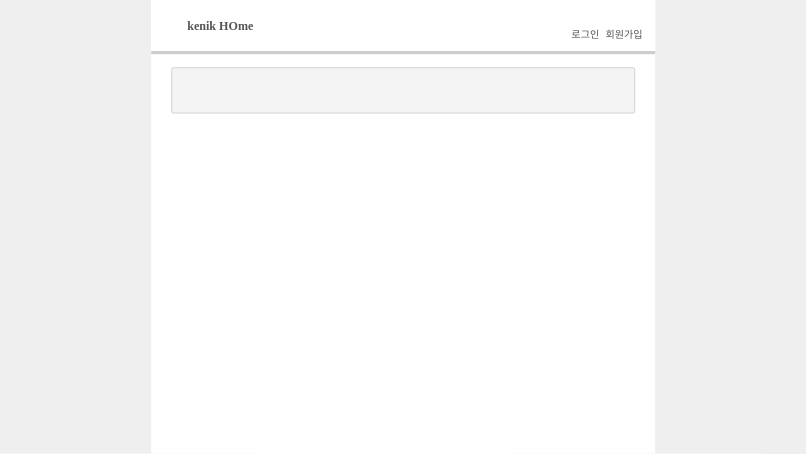
Repository: Deneb0000/WebClass
Page: webPro/src/main/webapp/jquery/days10/ex02.html
The author's editor kept a copy of each file at every save. The page is drawn from the files as they stood at one save, then again after the next save.
The browser window is 1280 px wide. The pictures show the whole page, at 63% of full size.
Some web fonts or font styles are not loaded; a fallback is used.

Above is the page before, as saved 2024-10-14 00:18:52.

After the next save:
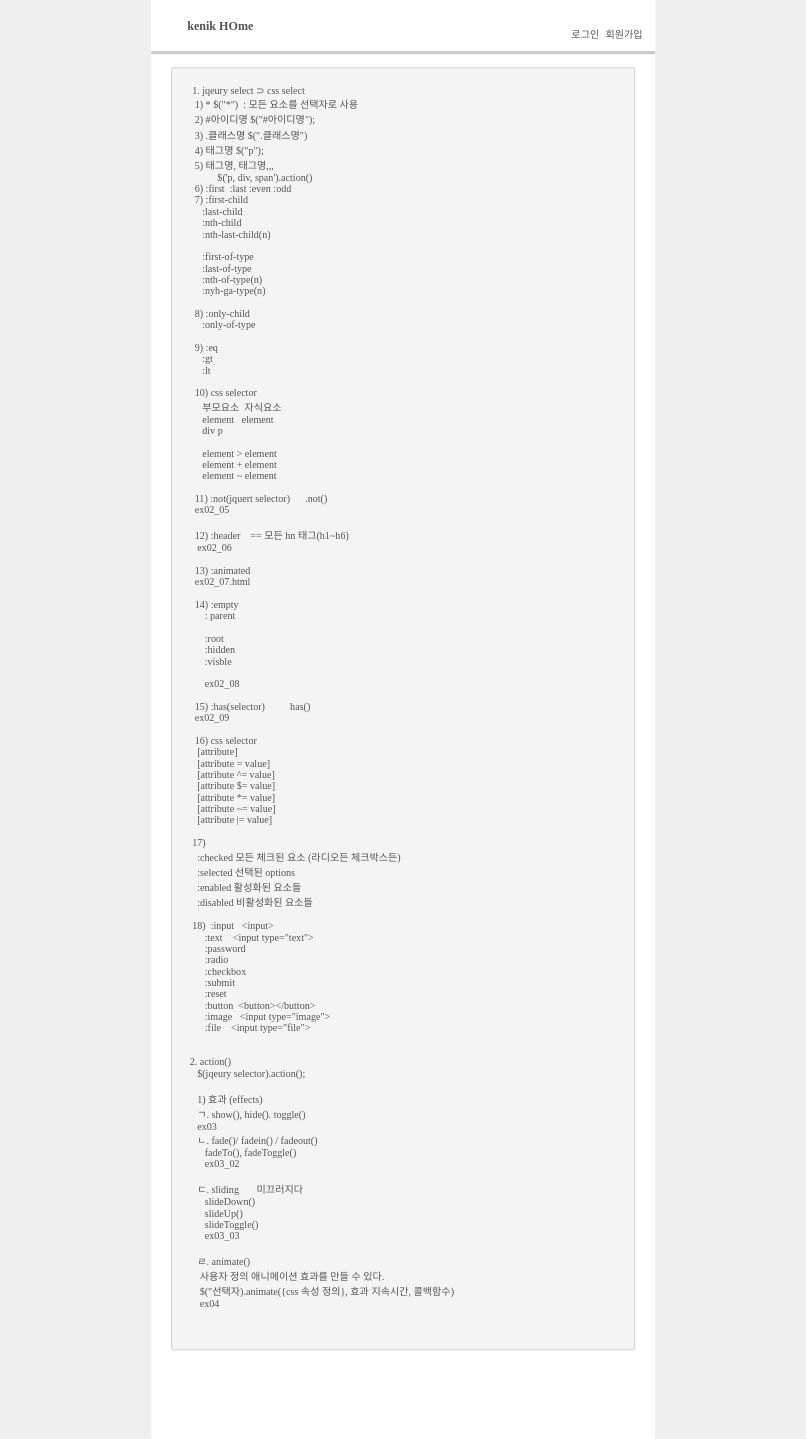
Saved 32 s later.
--- a/webPro/src/main/webapp/jquery/days10/ex02.html
+++ b/webPro/src/main/webapp/jquery/days10/ex02.html
@@ -23,7 +23,111 @@
   </ul>
 </header>
 <div>
+
   <xmp class="code">
+    1. jqeury select ⊃ css select
+     1) * $("*")  : 모든 요소를 선택자로 사용
+     2) #아이디명 $("#아이디명");
+     3) .클래스명 $(".클래스명")
+     4) 태그명 $("p");
+     5) 태그명, 태그명,,,
+              $('p, div, span').action()
+     6) :first  :last :even :odd
+     7) :first-child
+        :last-child
+        :nth-child
+        :nth-last-child(n)
+
+        :first-of-type
+        :last-of-type
+        :nth-of-type(n)
+        :nyh-ga-type(n)
+
+     8) :only-child
+        :only-of-type
+
+     9) :eq
+        :gt
+        :lt
+
+     10) css selector
+        부모요소  자식요소
+        element   element
+        div p
+
+        element > element
+        element + element
+        element ~ element
+
+     11) :not(jquert selector)      .not()
+     ex02_05
+
+     12) :header    == 모든 hn 태그(h1~h6)
+      ex02_06
+
+     13) :animated
+     ex02_07.html
+
+     14) :empty
+         : parent
+
+         :root
+         :hidden
+         :visble
+
+         ex02_08
+
+     15) :has(selector)          has()
+     ex02_09
+
+     16) css selector
+      [attribute]
+      [attribute = value]
+      [attribute ^= value]
+      [attribute $= value]
+      [attribute *= value]
+      [attribute ~= value]
+      [attribute |= value]
+
+    17)
+      :checked 모든 체크된 요소 (라디오든 체크박스든)
+      :selected 선택된 options
+      :enabled 활성화된 요소들
+      :disabled 비활성화된 요소들
+
+    18)  :input   <input>
+         :text    <input type="text">
+         :password
+         :radio
+         :checkbox
+         :submit
+         :reset
+         :button  <button></button>
+         :image   <input type="image">
+         :file    <input type="file">
+
+
+   2. action()
+      $(jqeury selector).action();
+
+      1) 효과 (effects)
+      ㄱ. show(), hide(). toggle()
+      ex03
+      ㄴ. fade()/ fadein() / fadeout()
+         fadeTo(), fadeToggle()
+         ex03_02
+
+      ㄷ. sliding       미끄러지다
+         slideDown()
+         slideUp()
+         slideToggle()
+         ex03_03
+
+      ㄹ. animate()
+       사용자 정의 애니메이션 효과를 만들 수 있다.
+       $("선택자).animate({css 속성 정의}, 효과 지속시간, 콜백함수)
+       ex04
+
 
   </xmp>
 </div>
